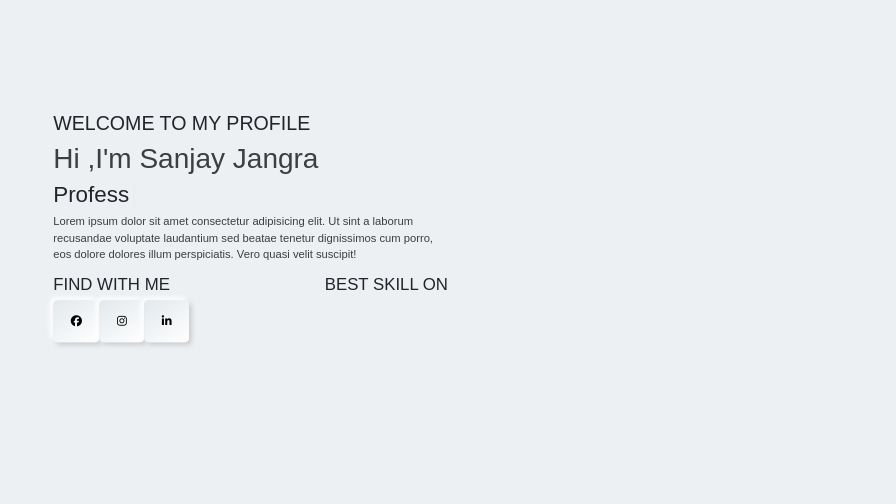
Repository: Sanjayjangra88/PortFolio
Page: /
An editor plug-in stored every save of this project. The page is shown before and after the next save, followed by the edit.
The browser window is 1280 px wide. The pictures show the part of the page from y = 0 to 1920 px (the page is 720 px tall before and 2649 px after), at 70% of full size.
Some web libraries are served in a nearby version. The project was rebuilt for these pictures with package versions that can differ from the ones it lists, and the page was loaded fresh each time.

Above is the page before, as saved 2022-09-10 18:57:54.

### public/index.html
<!DOCTYPE html>
<html lang="en">
  <head>
    <meta charset="utf-8" />
    <link rel="icon" href="%PUBLIC_URL%/favicon.ico" />
    <meta name="viewport" content="width=device-width, initial-scale=1" />
    <meta name="theme-color" content="#000000" />
    <meta
      name="description"
      content="Web site created using create-react-app"
    />
    <link rel="apple-touch-icon" href="%PUBLIC_URL%/logo192.png" />
    <!--
      manifest.json provides metadata used when your web app is installed on a
      user's mobile device or desktop. See https://developers.google.com/web/fundamentals/web-app-manifest/
    -->
    <link rel="manifest" href="%PUBLIC_URL%/manifest.json" />
    <link rel="stylesheet" href="https://cdnjs.cloudflare.com/ajax/libs/font-awesome/6.1.1/css/all.min.css" integrity="sha512-KfkfwYDsLkIlwQp6LFnl8zNdLGxu9YAA1QvwINks4PhcElQSvqcyVLLD9aMhXd13uQjoXtEKNosOWaZqXgel0g==" crossorigin="anonymous" referrerpolicy="no-referrer" />

    <!--
      Notice the use of %PUBLIC_URL% in the tags above.
      It will be replaced with the URL of the `public` folder during the build.
      Only files inside the `public` folder can be referenced from the HTML.

      Unlike "/favicon.ico" or "favicon.ico", "%PUBLIC_URL%/favicon.ico" will
      work correctly both with client-side routing and a non-root public URL.
      Learn how to configure a non-root public URL by running `npm run build`.
    -->

    <link rel="manifest" href="%PUBLIC_URL%/manifest.json" />
    <link href="https://cdn.jsdelivr.net/npm/bootstrap@5.0.2/dist/css/bootstrap.min.css" rel="stylesheet" integrity="sha384-EVSTQN3/azprG1Anm3QDgpJLIm9Nao0Yz1ztcQTwFspd3yD65VohhpuuCOmLASjC" crossorigin="anonymous">
    <title>React App</title>
  </head>
  <body>
    <noscript>You need to enable JavaScript to run this app.</noscript>
    <div id="root"></div>
    <script src="https://kit.fontawesome.com/7578c5a215.js" crossorigin="anonymous"></script>
    <!--
      This HTML file is a template.
      If you open it directly in the browser, you will see an empty page.

      You can add webfonts, meta tags, or analytics to this file.
      The build step will place the bundled scripts into the <body> tag.

      To begin the development, run `npm start` or `yarn start`.
      To create a production bundle, use `npm run build` or `yarn build`.
    -->

    <script src="https://cdn.jsdelivr.net/npm/@popperjs/core@2.9.2/dist/umd/popper.min.js" integrity="sha384-IQsoLXl5PILFhosVNubq5LC7Qb9DXgDA9i+tQ8Zj3iwWAwPtgFTxbJ8NT4GN1R8p" crossorigin="anonymous"></script>
<script src="https://cdn.jsdelivr.net/npm/bootstrap@5.0.2/dist/js/bootstrap.min.js" integrity="sha384-cVKIPhGWiC2Al4u+LWgxfKTRIcfu0JTxR+EQDz/bgldoEyl4H0zUF0QKbrJ0EcQF" crossorigin="anonymous"></script>
  </body>
</html>

### src/App.js
import React from 'react'
import Header from './Components/Header/Header';
import "./App.css"
import Home from './Components/Home/Home';
const App = () => {
  return (
    <>
      {/* <Header/> */}
      <Home/>
    </>
  )
}

export default App

### src/App.css
@import url('https://fonts.googleapis.com/css2?family=Dancing+Script&family=EB+Garamond:ital,wght@1,500&family=Roboto+Slab:wght@300&display=swap');
* {
  padding: 0;
  margin: 0;
  box-sizing: border-box;
}
html {
  scroll-behavior: smooth;
}
body {
  font-family: "Poppins", sans-serif;
  background-color: #ecf0f3;
}
.container {
  max-width: 95%;
  margin: auto;
}
.d_flex {
  display: flex;
  justify-content: space-between;
}
.f_flex {
  display: flex;
}
a {
  text-decoration: none;
  color: black;
}
li {
  list-style: none;
}
.uppercase {
  text-transform: uppercase;
}
.capitalize {
  text-transform: capitalize;
}

button {
  border: none;
  outline: none;
  background-color: none;
}

.btn_shadow {
  padding: 18px 25px;
  border-radius: 6px;
  transition: 0.3s all ease;
  cursor: pointer;
  color: #000;
  transition: 0.5s;
}
.btn_shadow {
  background: linear-gradient(145deg, #e2e8ec, #ffffff);
  box-shadow: 4px 4px 8px #cbcbcb, -4px -4px 8px #ffffff;
}
.btn_shadow:hover {
  background: #ff014f;
  color: white;
  transform: translateY(-10px);
}
.box_shodow {
  background: linear-gradient(145deg, #e2e8ec, #ffffff);
  box-shadow: 4px 4px 8px #cbcbcb, -4px -4px 8px #ffffff;
  border-radius: 10px;
}
.row,
.left,
.right {
  width: 50%;
}
.top {
  margin-top: 80px;
}
.mtop {
  margin-top: 40px;
}
.heading {
  margin: 50px 0 50px 0;
}
.heading h4 {
  color: #ff014f;
  letter-spacing: 2px;
  font-weight: 400;
}
.heading h1 {
  font-size: 60px;
  color: #3c3e41;
}
h1 {
  color: #3c3e41;
}
.grid {
  display: grid;
  grid-template-columns: repeat(3, 1fr);
  grid-gap: 35px;
}
p {
  color: #3c3e41;
}
.text-center {
  text-align: center;
}
.primary_color {
  color: #ff014f;
}
textarea,
input {
  width: 100%;
  padding: 20px;
  border-radius: 5px;
  outline: none;
  border: 3px solid #e2e8ec;
  margin-bottom: 20px;
}
/*----------Footer---------*/
footer {
  margin: 20% 0 10% 0;
}
footer p {
  margin-top: 30px;
}
/*----------Footer---------*/
@media (max-width: 768px) {
  .grid {
    grid-template-columns: repeat(2, 1fr);
  }
  .left,
  .right {
    width: 100%;
  }
  }

### src/Components/Home/Home.jsx
import React from 'react'
import { Typewriter,useTypewriter,cursor } from 'react-simple-typewriter'

const Home = () => {
  return (
    <>
      <section className='hero'id='home'>
        <div className="container f_flex top">
            <div className="left top">
                <h3>WELCOME TO MY PROFILE</h3>
                <h1>Hi ,I'm <span>Sanjay Jangra</span></h1>
                <h2>
                    <span>
                    <Typewriter
            words={['Web Developer', 'Professional Coder']}
            loop
            cursor
            cursorStyle='|'
            typeSpeed={70}
            deleteSpeed={50}
            delaySpeed={1000}
            // onLoopDone={handleDone}
            // onType={handleType}
            />
                        </span></h2>
                        <p>
Lorem ipsum dolor sit amet consectetur adipisicing elit. Ut sint a laborum recusandae voluptate laudantium sed beatae tenetur dignissimos cum porro, eos dolore dolores illum perspiciatis. Vero quasi velit suscipit!
                        </p>
                        <div className='hero_btn d_flex'>
                            <div className="col_1">
                                <h4>FIND WITH ME</h4>
                                <div className="button">
                                    <button className='btn_shadow'>
                                        <i className='fab fa-facebook'></i>
                                    </button>
                                    <button className='btn_shadow'>
                                        <i className='fab fa-instagram'></i>
                                    </button>
                                    <button className='btn_shadow'>
                                        <i className='fab fa-linkedin-in'></i>
                                    </button>
                                </div>
                            </div>
                            <div className="col_1">
                                <h4>BEST SKILL ON</h4>
                            </div>
                        </div>
            </div>
        </div>
      </section>
    </>
  )
}

export default Home

### src/Components/Header/header.css

*,
*::after,
*::before{
    box-sizing: border-box;
    padding: 0;
    margin: 0;
}

.html{
    font-size: 62.5%;
}

.navbar input[type="checkbox"],
.navbar .hamburger-lines{
    display: none;
}

.container{
    max-width: 1200px;
    width: 90%;
    margin: auto;
}

.navbar{
    box-shadow: 0px 5px 10px 0px #aaa;
    position: fixed;
    width: 100%;
    background: #FAA7B8;
    color: #000;
    opacity: 0.85;
    z-index: 100;
}

.navbar-container{
    display: flex;
    justify-content: space-between;
    height: 64px;
    align-items: center;
}

.menu-items{
    margin-top: 15px;
    order: 2;
    display: flex;
}
.logo{
    order: 1;
    font-size: 2.3rem;
    margin-bottom: 5px;
}

.menu-items li{
    list-style: none;
    margin-left: 1.5rem;
    font-size: 1.3rem;
}

.navbar a{
    color: #444;
    text-decoration: none;
    font-weight: 500;
    transition: color 0.3s ease-in-out;
}

.navbar a:hover{
    color: #117964;
}
.home-btn:hover {
  background: #ff014f;
  color: white;
}


.home-btn {
  padding: 18px 25px;
  height: 1vh;
  line-height: 1vh;
  font-size: 13px;
  border-radius: 6px;
  transition: 0.3s all ease;
  cursor: pointer;
  height: fit-content;
  color: #ff014f;

}
.home-btn {
  background: linear-gradient(145deg, #e2e8ec, #ffffff);
  box-shadow: 4px 4px 8px #cbcbcb, -4px -4px 8px #ffffff;
}
navbar {
  transition: 0.5s;
  font-size: 13px;
  font-weight: 500;
  letter-spacing: 2px;
}





@media (max-width: 900px){
    .navbar{
        opacity: 0.95;
    }

    .navbar-container input[type="checkbox"],
    .navbar-container .hamburger-lines{
        display: block;
    }

    .navbar-container{
        display: block;
        position: relative;
        height: 64px;
    }

    .navbar-container input[type="checkbox"]{
        position: absolute;
        display: block;
        height: 32px;
        width: 30px;
        top: 20px;
        left: 20px;
        z-index: 5;
        opacity: 0;
        cursor: pointer;
    }

    .navbar-container .hamburger-lines{
        display: block;
        height: 28px;
        width: 35px;
        position: absolute;
        top: 20px;
        left: 20px;
        z-index: 2;
        display: flex;
        flex-direction: column;
        justify-content: space-between;
    }

    .navbar-container .hamburger-lines .line{
        display: block;
        height: 4px;
        width: 100%;
        border-radius: 10px;
        background: #333;
    }

    .navbar-container .hamburger-lines .line1{
        transform-origin: 0% 0%;
        transition: transform 0.3s ease-in-out;
    }

    .navbar-container .hamburger-lines .line2{
        transition: transform 0.2s ease-in-out;
    }

    .navbar-container .hamburger-lines .line3{
        transform-origin: 0% 100%;
        transition: transform 0.3s ease-in-out;
    }

    .navbar .menu-items{
        padding-top: 100px;
        background: #fff;
        height: 100vh;
        max-width: 300px;
        transform: translate(-150%);
        display: flex;
        flex-direction: column;
        margin-left: -40px;
        padding-left: 40px;
        transition: transform 0.5s ease-in-out;
        box-shadow:  5px 0px 10px 0px #aaa;
        overflow: scroll;
    }

    .navbar .menu-items li{
        margin-bottom: 1.8rem;
        font-size: 1.1rem;
        font-weight: 500;
    }

    .logo{
        position: absolute;
        top: 10px;
        right: 15px;
        font-size: 2.5rem;

    }

    .navbar-container input[type="checkbox"]:checked ~ .menu-items{
        transform: translateX(0);
    }

    .navbar-container input[type="checkbox"]:checked ~ .hamburger-lines .line1{
        transform: rotate(45deg);
    }

    .navbar-container input[type="checkbox"]:checked ~ .hamburger-lines .line2{
        transform: scaleY(0);
    }

    .navbar-container input[type="checkbox"]:checked ~ .hamburger-lines .line3{
        transform: rotate(-45deg);
    }
    .home-btn:hover {
      background: #ff014f;
      color: white;

    }


    .home-btn {
      padding: 18px 25px;
      height: 1vh;
      line-height: 1vh;
      font-size: 13px;
      border-radius: 6px;
      transition: 0.3s all ease;
      cursor: pointer;
      height: fit-content;
      color: #ff014f;
      margin-right: 25px;

    }
    .home-btn {
      background: linear-gradient(145deg, #e2e8ec, #ffffff);
      box-shadow: 4px 4px 8px #cbcbcb, -4px -4px 8px #ffffff;
    }

}

@media (max-width: 500px){
    .navbar-container input[type="checkbox"]:checked ~ .logo{
        display: none;
    }
}
.demo{
  height: 300vh;
}

### src/Components/Header/Header.jsx
import React, { useState } from "react"
import "./header.css"
import logo from "../Pic/logo.png"

const Header = () => {
return (
    <>
        <nav className='navbar'>
        <div className='navbar-container container'>
            <input type="checkbox"name=""id=""/>
            <div className="hamburger-lines">
                <span className='line line1'></span>
                <span className='line line2'></span>
                <span className='line line3'></span>
            </div>
            <ul className='menu-items'>
                <li><a href='#'>Home</a></li>
                <li><a href='#'>About</a></li>
                <li><a href='#'>Menu</a></li>
                <li><a href='#'>Testomonial</a></li>
                <li><a href='#'>Contact</a></li>
                <li><button className='home-btn'>BUY NOW</button></li>

            </ul>
            <h1 className='logo'><img src={logo} alt='my' /></h1>

        </div>
        </nav>
      <section className="demo"></section>
    </>
  )
}

export default Header

Loaded but not shown: src/index.js (common file); src/index.css (common file); src/reportWebVitals.js (common file)

After the next save:
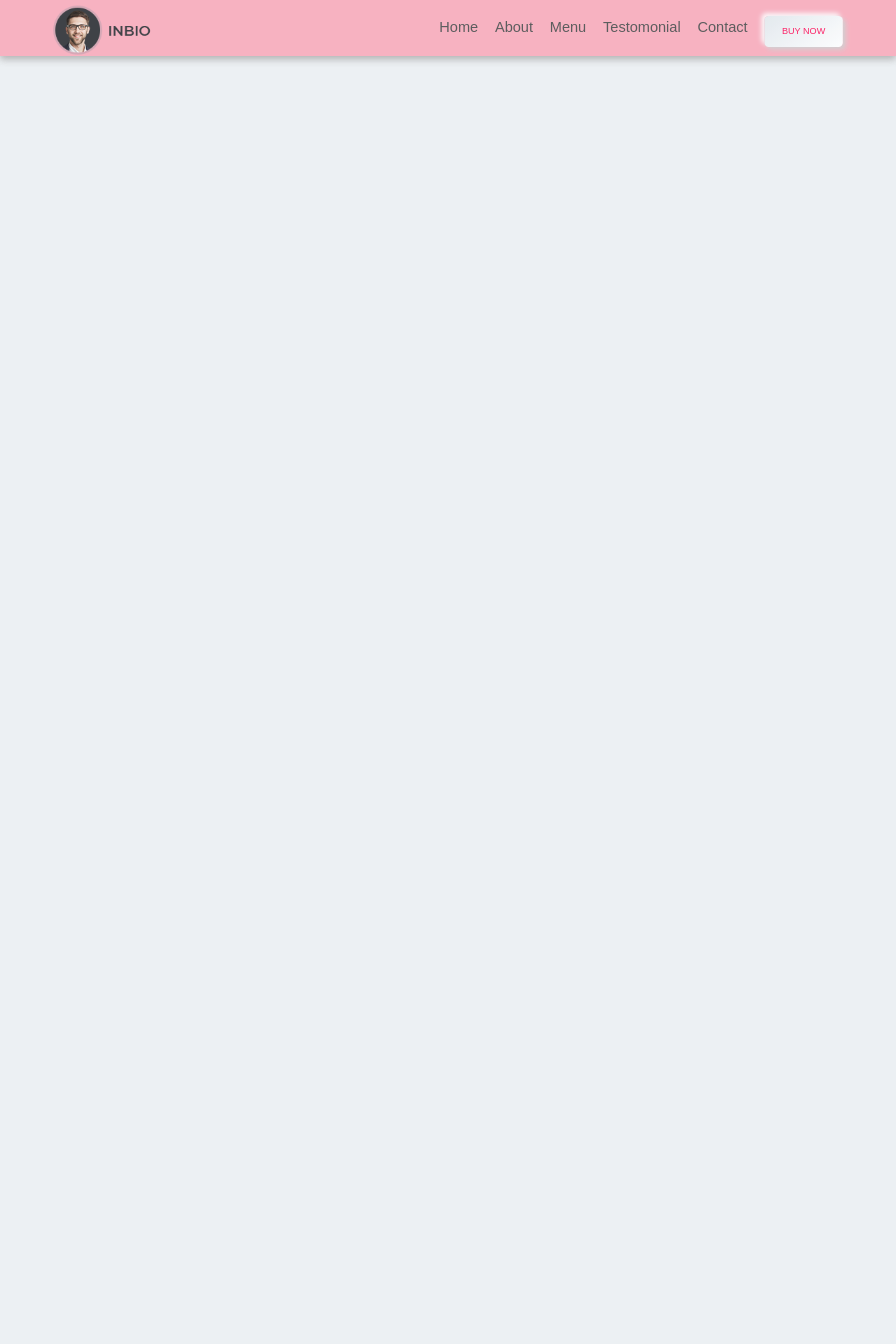
Saved 18 s later.
--- a/src/App.js
+++ b/src/App.js
@@ -5,7 +5,7 @@
 const App = () => {
   return (
     <>
-      {/* <Header/> */}
+      <Header/>
       <Home/>
     </>
   )

After the save that followed:
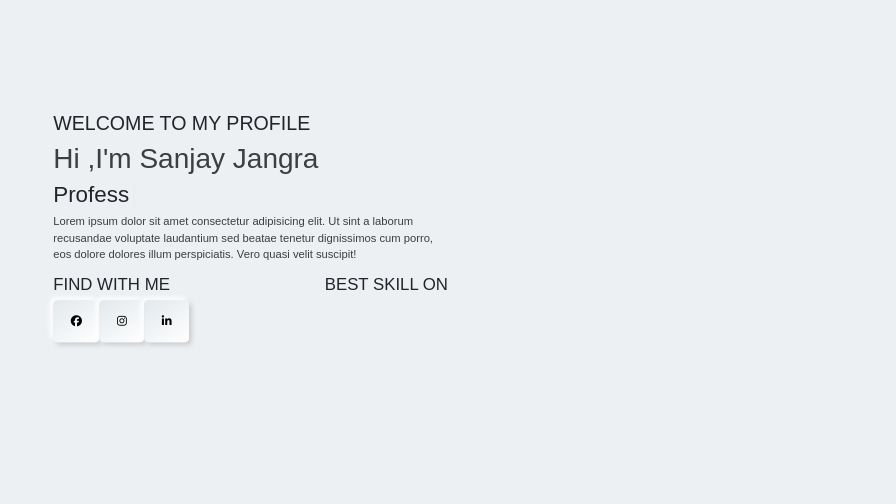
Saved 115 s later.
--- a/src/App.js
+++ b/src/App.js
@@ -5,7 +5,7 @@
 const App = () => {
   return (
     <>
-      <Header/>
+      {/* <Header/> */}
       <Home/>
     </>
   )
